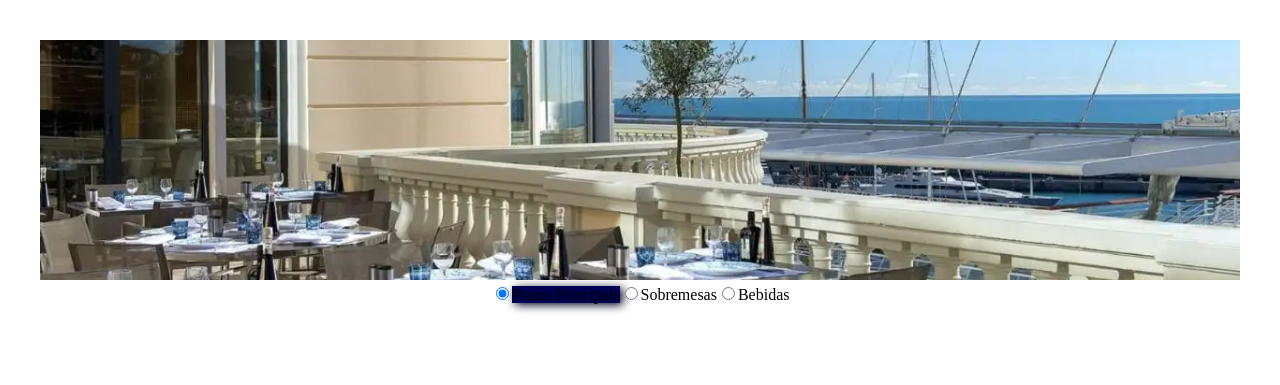
Repository: CarlosEduardoVdeOliveira/cardapio
Page: /
The author's editor kept a copy of each file at every save. The page is drawn from the files as they stood at one save, then again after the next save.
The browser window is 1280 px wide. The pictures show the whole page.
The project was rebuilt for these pictures with package versions that can differ from the ones it lists, and the page was loaded fresh each time. Also part of the build but not shown: vite.config.js.

Above is the page before, as saved 2024-02-02 14:30:02.

### src/App.jsx
import "./App.css"
import { Navegacao } from "./Navegacao"
import banner from "./assets/hashtaurante.webp"

export function App() {
  return (
    <>
      <img className="capa" src={banner} alt="imagem do restaurante em Monaco, França, em frente ao mar" />
      <Navegacao />
    </>
  )
}

### src/Navegacao.jsx
export function Navegacao() {
  return (
    <div>
      <input type="radio" name="opcao-pagina" id="pagina-0" defaultChecked />
      <label htmlFor="pagina-0">Pratos Principais</label>
      <input type="radio" name="opcao-pagina" id="pagina-1" />
      <label htmlFor="pagina-1">Sobremesas</label>
      <input type="radio" name="opcao-pagina" id="pagina-2" />
      <label htmlFor="pagina-2">Bebidas</label>
    </div>
  )
}

Loaded but not shown: index.html (common file); src/main.jsx (common file); src/App.css (common file)

After the next save:
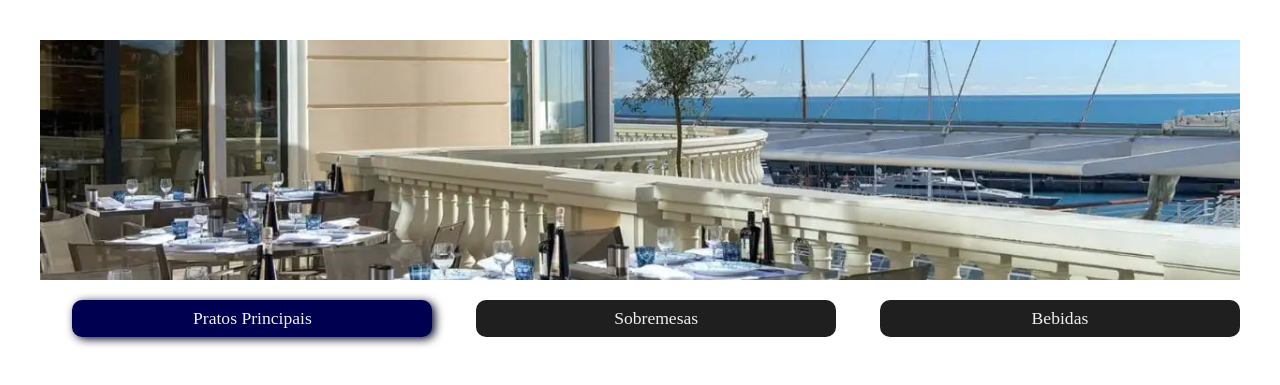
Saved 13 s later.
--- a/src/Navegacao.jsx
+++ b/src/Navegacao.jsx
@@ -1,6 +1,6 @@
 export function Navegacao() {
   return (
-    <div>
+    <div className="navegacao">
       <input type="radio" name="opcao-pagina" id="pagina-0" defaultChecked />
       <label htmlFor="pagina-0">Pratos Principais</label>
       <input type="radio" name="opcao-pagina" id="pagina-1" />
